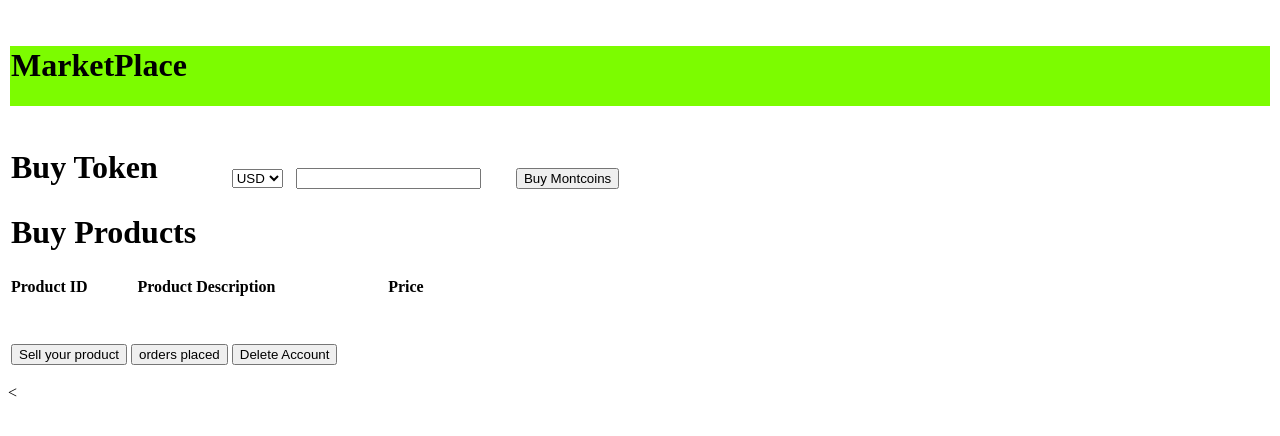
Repository: shivam0510/BloackChain
Page: http://localhost/BlockChainLab1/WEB-INF/jsp/viewpage.jsp
These files come from the project's save history. The page is drawn as it stood at one moment and after the next save; the edit follows.
The browser window is 1280 px wide. The pictures show the whole page.
The page is served by Tomcat 9. Nobody is signed in. Other server files are loaded and not shown. The template is opened directly, without the code that normally fills it, so the values that code supplies are empty.

Above is the page before, as saved 2019-02-27 03:12:50.

### BlockChainLab1/WebContent/WEB-INF/jsp/viewpage.jsp
<!--
Shivam Agarwal
shivamag@buffalo.edu
UBIT 50289132
 -->
<html>
<body>
<jsp:include page="/index.jsp"></jsp:include>
${message}<br><br>
</body>
</html>

### BlockChainLab1/WebContent/index.jsp
<!--
Shivam Agarwal
shivamag@buffalo.edu
UBIT 50289132
 -->
<html>

<script type="text/javascript">
function login(){
	var accno = document.getElementById('accountNo').value;
	var pass = document.getElementById('pass').value;

	if(accno.trim() != "" && pass.trim() != ""){
   		document.getElementById('loginForm').submit();
   	}else{
   		alert('please enter valid data');
   	}
}

function createAccount(){
	var name = document.getElementById('name').value;
	var pass = document.getElementById('password').value;

	if(name.trim() != "" && pass.trim() != ""){
   		document.getElementById('createAcc').submit();
   	}else{
   		alert('please enter valid data');
   	}
}
 </script>

<body>
	<!-- use table form for side by side display -->
	<%-- <jsp:include page="/title.jsp"></jsp:include> --%>
	<br>
	<br>
	<jsp:include page="/WEB-INF/jsp/buypage.jsp"></jsp:include>

	<<!--  <table width = 100%>
		<tr>
			<td>
				<form name="loginform" id="loginForm" action="login">
					<table width=100%>
						<thead>
							<tr>
								<h1>Login</h1>
							</tr>

						</thead>
						<tbody>
							<tr>
								<td>Account Number : </td>
								<td><input type="text" id="accountNo" name="accno" /></td>
							</tr>
							<tr>
								<td>Password : </td>
								<td><input type="text" id="pass" name="pass" /></td>
							</tr>
							<tr>
								<td>
									<input type="button" name="signIn" value="Sign In" onclick="javascript:login();" />
								</td>
								<td></td>
							</tr>
						</tbody>
					</table>
					<%-- <img src="<c:url value="${login.png}"/>"/> --%>
				</form>
			</td>
			<td>
				<form action="createAcc" id="createAcc" name="createAcc">
					<table width=100%>
						<thead>
							<tr>
								<h1>Create Account</h1>
							</tr>

						</thead>
						<tbody>
							<tr>
								<td>Name : </td>
								<td><input type="text" name="name" id="name" /></td>
							</tr>
							<tr>
								<td>Password : </td>
								<td><input type="text" name="password" id="password"/></td>
							</tr>
							<tr>
								<td>
									<input type="button" name="createAcc" value="Create Account" onclick="javascript:createAccount();" />
								</td>
								<td></td>
							</tr>
						</tbody>
					</table>
				</form>
			</td>
		</tr>
	</table> -->
</body>
</html>

### BlockChainLab1/WebContent/WEB-INF/jsp/buypage.jsp
<!--
Shivam Agarwal
shivamag@buffalo.edu
UBIT 50289132
 -->
<%@ taglib uri="http://www.springframework.org/tags/form" prefix="form"%>
<%@ taglib uri="http://java.sun.com/jsp/jstl/core" prefix="c"%>
<html>

<script type="text/javascript">
function purchase(itemID){
	document.getElementById('itemSelected').value = itemID;
	document.getElementById('buyForm').submit();
}

function redirectToSell(){
	window.location.replace("http://localhost:8080/BlockChainLab1/sellpage.jsp")
}

function purchaseTokens() {

	if(document.getElementById('montcoin').value.trim() != ""){
		document.getElementById('tokens').value = 1;
		document.getElementById('buyForm').submit();
	}else{
		alert('please enter valid data');
	}

}

function listProducts(){
	var frm = document.getElementById('buyForm');
	frm.action = "listProducts";
	frm.submit();
}

function deleteAccount(){
	var frm = document.getElementById('buyForm');
	frm.action = "deleteAccount";
	frm.submit();
}
</script>

<body>
	<jsp:include page="/title.jsp"></jsp:include>
	<br>
	<br>
	<form name="buyForm" id="buyForm" action="buy">
		<table width="50%">
			<tr>
				<input type="hidden" id="itemSelected" name="itemSelected" value="0"/>
				<input type="hidden" id="tokens" name="tokens" value="0"/>
			</tr>
			<tr>
				<td><h1>Buy Token</h1></td>
				<td>
					<select name="currency" id="currency">
						<option>USD</option>
						<option>CAD</option>
						<option>AUD</option>
						<option>INR</option>
						<option>EUR</option>
					</select>
				</td>
				<td>
					<input type="text" id="montcoin" name="montcoin">
				</td>
				<td><input type="button" id="buyTokens" value="Buy Montcoins" name="buyTokens" onclick="javascript:purchaseTokens();"></td>
			</tr>
			<tr>
				${message}
			</tr>
			<tr>
				<td><h1>Buy Products</h1></td>
				<td></td>
				<td></td>
			</tr>
		</table>
		<table width="50%">
			<thead>
				<td width="20%" ><b>Product ID</b></td>
				<td width="40%"><b>Product Description</b></td>
				<td width="20%"><b>Price</b></td>
				<td width="20%"></td>
			</thead>
			<tbody>
				<c:forEach var="item" items="${products}">
					<tr>
						<td width="20%">${item.itemId}</td>
						<td width="40%">${item.details}</td>
						<td width="20%">${item.price}</td>
						<td width="20%">
							<input type="button" id="${item.itemId}" onclick="javascript:purchase(this.id);" value="Buy Now" />
						</td>
					</tr>
					<tr></tr>
					<tr></tr>
				</c:forEach>

				<tr></tr>
				<tr></tr>
				<tr></tr>
			</tbody>
		</table>
		<br>
		<br>
		<table>
			<tbody>
				<tr>
					<td><input type="button" value="Sell your product" onclick="javascript:redirectToSell();" /></td>
					<td><input type="button" value="orders placed" onclick="javascript:listProducts();" /></td>
					<td><input type="button" value="Delete Account" onclick="javascript:deleteAccount();" /></td>
				</tr>
			</tbody>
		</table>
	</form>
</body>
</html>

### BlockChainLab1/WebContent/title.jsp
<!--
Shivam Agarwal
shivamag@buffalo.edu
UBIT 50289132
 -->
<html>
	<body>
		<table width="100%">
			<tr bgcolor="#7CFC00">
				<td width="100%">
					<h1>MarketPlace</h1>
				</td>
			</tr>
		</table>
	</body>
</html>

After the next save:
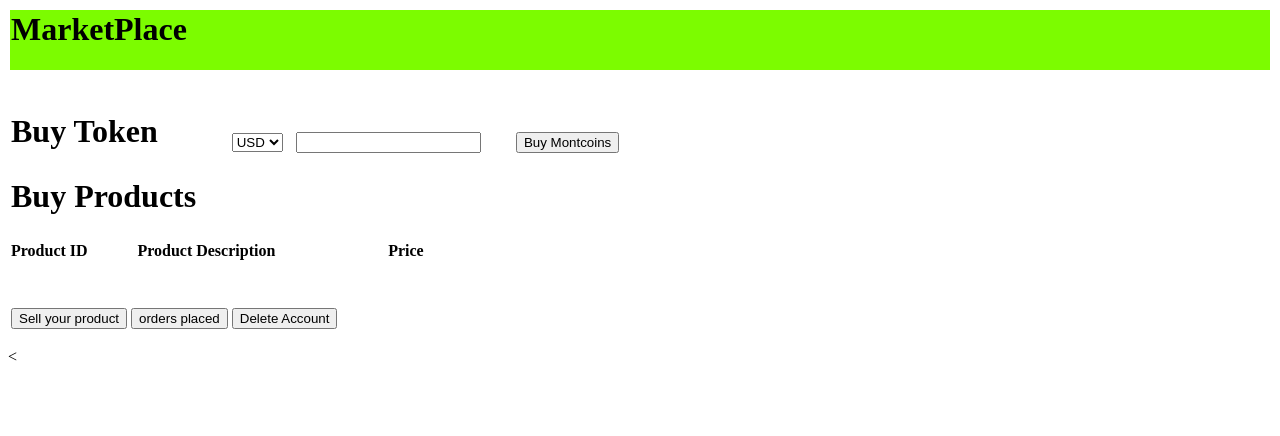
Saved 17 s later.
--- a/BlockChainLab1/WebContent/index.jsp
+++ b/BlockChainLab1/WebContent/index.jsp
@@ -32,8 +32,8 @@ function createAccount(){
 <body>
 	<!-- use table form for side by side display -->
 	<%-- <jsp:include page="/title.jsp"></jsp:include> --%>
-	<br>
-	<br>
+	<!-- <br>
+	<br> -->
 	<jsp:include page="/WEB-INF/jsp/buypage.jsp"></jsp:include>
 
 	<<!--  <table width = 100%>
